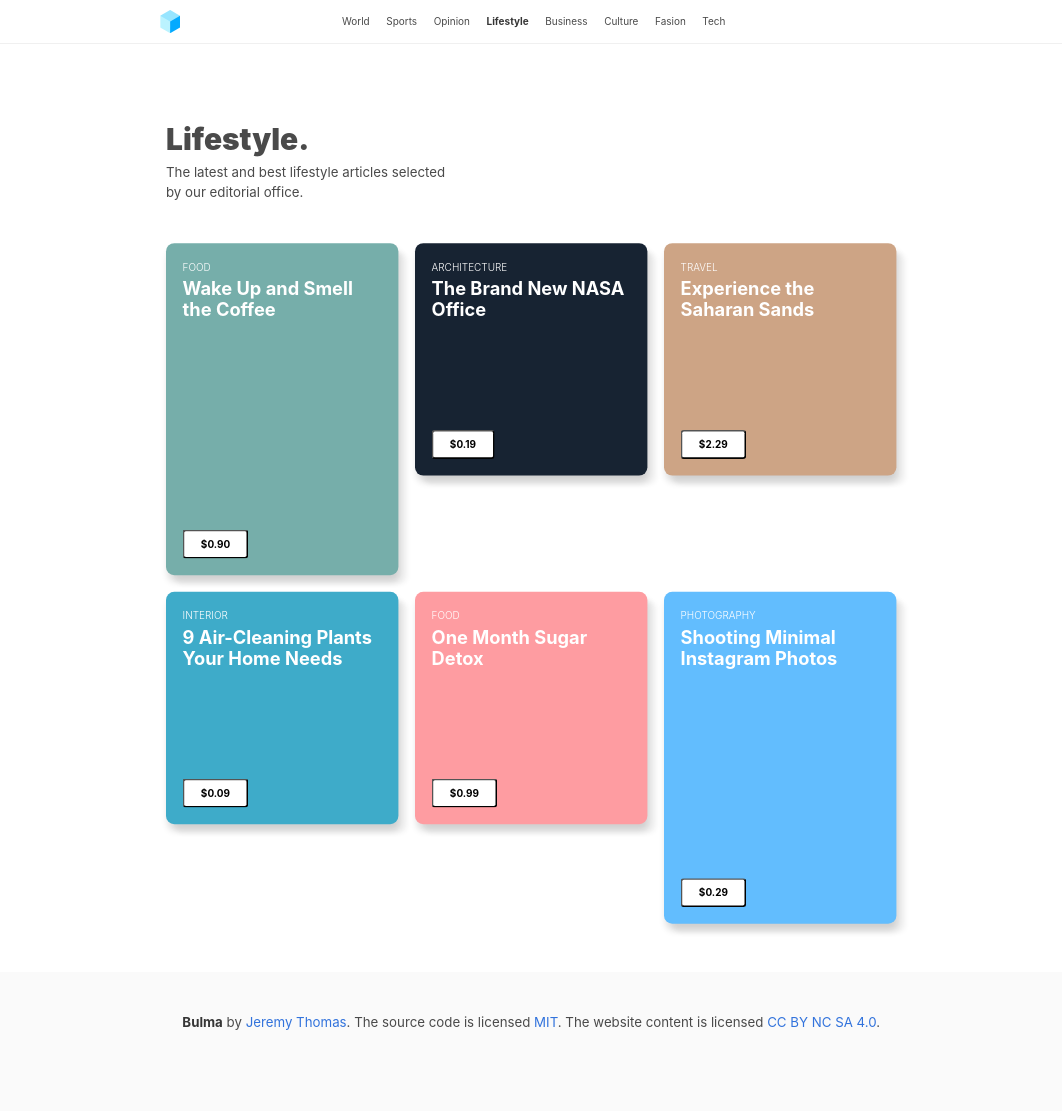
Repository: DOODpls/js_ass1
Page: index.html
An editor plug-in stored every save of this project. The page is shown before and after the next save, followed by the edit.
The browser window is 1280 px wide. The pictures show the whole page, at 83% of full size.

Above is the page before, as saved 2019-11-22 19:08:09.

After the next save:
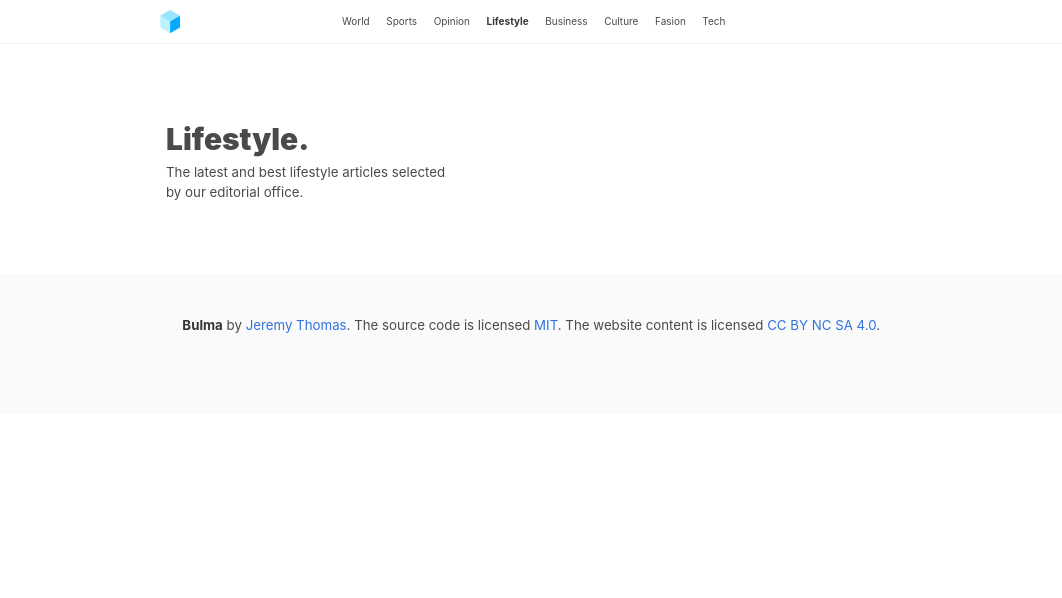
Console error: ReferenceError: Cannot access 'divr' before initialization
Saved 43 s later.
--- a/app.js
+++ b/app.js
@@ -65,9 +65,9 @@
     for(i=0; i<data.length; i++){
         let heig
         if(i == 0){
-            heig = '400px'
+          divr.style.height = "400px"
         } else if(i == 5) {
-          heig = '400px'
+          divr.style.height = "400px"
         }
 
         const tilers = document.querySelector('#content')

After the save that followed:
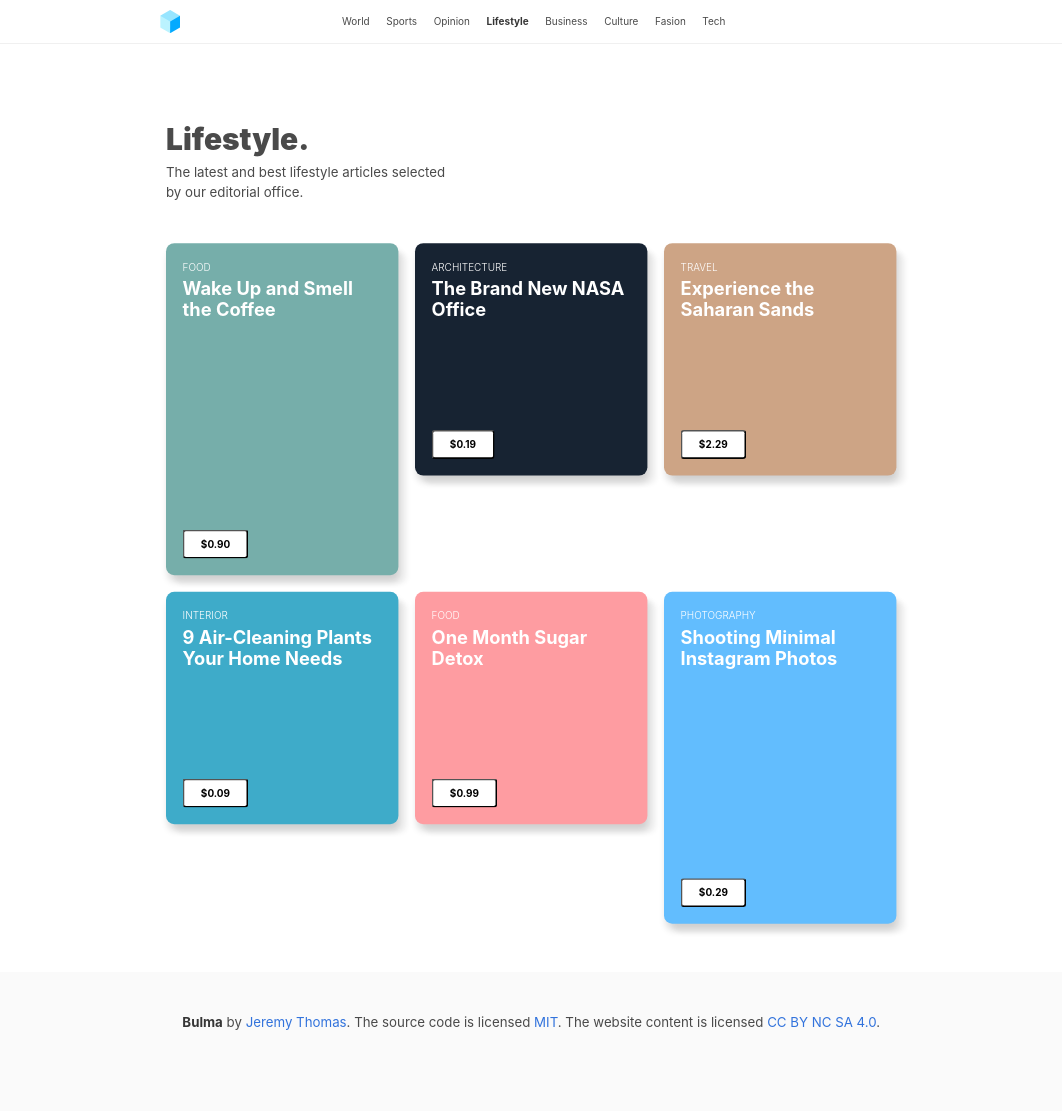
The error is gone.
Saved 9 s later.
--- a/app.js
+++ b/app.js
@@ -64,11 +64,7 @@
 
     for(i=0; i<data.length; i++){
         let heig
-        if(i == 0){
-          divr.style.height = "400px"
-        } else if(i == 5) {
-          divr.style.height = "400px"
-        }
+
 
         const tilers = document.querySelector('#content')
         const divr = document.createElement('div')
@@ -77,7 +73,11 @@
         divr.style.height = heig
         divr.id = 'divtile'+ i
         tilers.appendChild(divr)
-
+        if(i == 0){
+          divr.style.height = "400px"
+        } else if(i == 5) {
+          divr.style.height = "400px"
+        }
         const p1 = document.querySelector('#divtile'+i)
         const pr1 = document.createElement('p')
         pr1.textContent = data[i].topic
